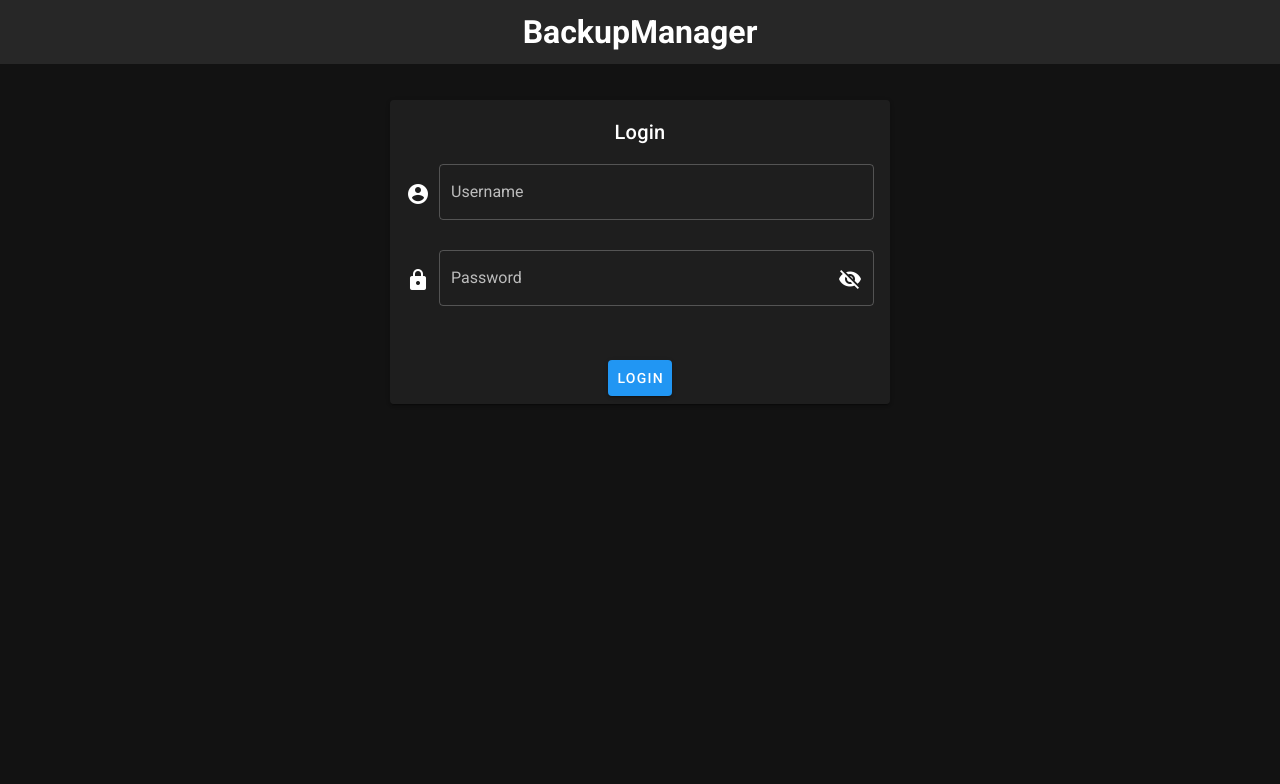
Repository: Erik966/Backup-Manager-Frontend
Page: /
An editor plug-in stored every save of this project. The page is shown before and after the next save, followed by the edit.
The browser window is 1280 px wide. The pictures show the whole page.
The project was rebuilt for these pictures with package versions that can differ from the ones it lists, and the page was loaded fresh each time. Also part of the build but not shown: vue.config.js, src/components/Navigation.vue, src/views/secure.vue, src/components/Settings.vue, src/views/settings.vue.

Above is the page before, as saved 2023-01-17 00:45:45.

### public/index.html
<!DOCTYPE html>
<html lang="en">
  <head>
    <meta charset="utf-8">
    <meta http-equiv="X-UA-Compatible" content="IE=edge">
    <meta name="viewport" content="width=device-width,initial-scale=1.0">
    <!--link rel="icon" href="<%= BASE_URL %>favicon.ico"-->
    <title>Homepagename</title>
    <link rel="stylesheet" href="https://fonts.googleapis.com/css?family=Roboto:100,300,400,500,700,900">
    <link rel="stylesheet" href="https://cdn.jsdelivr.net/npm/@mdi/font@latest/css/materialdesignicons.min.css">
  </head>
  <body>
    <noscript>
      <strong>We're sorry but <!--%= htmlWebpackPlugin.options.title %--> doesn't work properly without JavaScript enabled. Please enable it to continue.</strong>
    </noscript>
    <div id="app"></div>
    <!-- built files will be auto injected -->
  </body>
</html>

### src/App.vue
<template>
  <v-app>
    <div >
    <v-toolbar dark class="justify-center">
      <v-row>
        <v-col class="justify-center">
          <h1 align="center">BackupManager</h1>
        </v-col>
        <!-- <v-col class="text-right">
          <v-btn to="/">Login</v-btn>
          <v-btn to="/secure">Secure</v-btn>
        </v-col> -->
      </v-row>

    </v-toolbar>
  </div>
    <router-view/>
  </v-app>
</template>

<script>

export default {
  name: 'App',

  data: () => ({
    //
  }),
  methods: {

  },
};
</script>
<style scoped>

</style>

### src/router/index.js
import Vue from 'vue'
import VueRouter from 'vue-router'
import login from '../views/Login.vue'
import secure from '../views/secure.vue'
import settings from '../views/settings.vue'


Vue.use(VueRouter)

const routes = [
  {
    path: '/',
    name: 'login',
    component: login
  },
  {
    path: '/secure',
    name: 'secure',
    component: secure
  },
  {
    path: '/settings',
    name: 'settings',
    component: settings
  }

]

const router = new VueRouter({
  mode: 'history',
  base: process.env.BASE_URL,
  routes
})

export default router

### src/plugins/vuetify.js
import Vue from 'vue';
import Vuetify from 'vuetify/lib/framework';

Vue.use(Vuetify);

export default new Vuetify({
    theme: { dark: true },
    icons: {
        iconfont: 'mdiSvg',
      },
});

### src/views/Login.vue
<template>
  <Login />
</template>

<script>
  import Login from '../components/Login'

  export default {
    //name: 'Home',

    components: {
      Login,
    },
  }
</script>

### src/components/Login.vue
<template>
<v-app>
    <v-main>
       <v-alert
       border="left"
                color="red"
                type="warning"
              :value="failed"
            >
              The username or the password is incorrect.
            </v-alert>
      <v-card width="500" class="mx-auto mt-9">
        <v-card-title class="justify-center">Login</v-card-title>

        <v-card-text>
          <v-text-field  outlined v-model="username" label="Username" prepend-icon="mdi-account-circle"/>
          <v-text-field
          outlined
          v-model="password"
          label="Password"
          :type="showPassword ? 'text' : 'password'"
          prepend-icon="mdi-lock"
          :append-icon="showPassword ? 'mdi-eye' : 'mdi-eye-off'"
          @click:append="showPassword = !showPassword"/>
        </v-card-text>

        <v-card-actions class="justify-center">
          <v-btn color="info" @click="login()">Login</v-btn>
        </v-card-actions>

      </v-card>
    </v-main>
</v-app>
</template>

<script>
import axios from 'axios';
import CryptoJS from "crypto-js";

export default {
  data()
  {
    return{
      username: "",
      password: "",
      showPassword:false,
      failed: false
    }
  },
  props: {
  },
   methods: {

    getRandomInt(max) {
      return Math.floor(Math.random() * max);
    },

    power(x, n, p){
      let res = 1;
      for (let i = 1; i <= n; i++) res = (res * x) % p;
      return res;
    },

    login() {


      axios.post('http://localhost:5000/login_name', {username: this.username}).then(res => {
          if (res.status === 200) {
            let x = this.getRandomInt(res.data.P-1);
            let X = this.power(res.data.G, x,res.data.P);

             localStorage.setItem("ka", this.power(res.data.Y, x, res.data.P).toString());

             localStorage.setItem("username", this.username)

             axios.post('http://localhost:5000/key', {username: this.username, X: X.toString(10)}).then(res => {
                if (res.status === 200) {
                  console.log("Key exchange");

                  let user = {
                      username: this.username,
                      password: CryptoJS.AES.encrypt(this.password, localStorage.getItem("ka")).toString()
                    }

                  axios.post('http://localhost:5000/login', user)
                      .then(res => {
                        //if successfull
                        if (res.status === 200) {
                          localStorage.setItem('token', res.data.token);
                          localStorage.setItem("key_diff", CryptoJS.AES.decrypt(res.data.secret, localStorage.getItem("ka")).toString(CryptoJS.enc.Utf8));
                          console.log("T" + localStorage.getItem("key_diff"))
                          this.$router.push('/secure');
                        }
                      }, err => {
                        this.failed = true;
                        console.log(err.response);
                      })
                    }
                  }, err => {
                    console.log(err.response);
                    return;
                  })
              }
            }, err => {
              console.log(err.response);
              return;
            })

    }
  }
}
</script>

<!-- Add "scoped" attribute to limit CSS to this component only -->
<style scoped>
h3 {
  margin: 40px 0 0;
}
ul {
  list-style-type: none;
  padding: 0;
}
li {
  display: inline-block;
  margin: 0 10px;
}
a {
  color: #42b983;
}
.h1 {
  size: 40px;
}
.hello {
  text-align: center;
  height: 100%;
  background: #AAAAAA;

}
</style>

### src/components/Secure.vue
// TODO: Component sollte file Explorer nicht Secure heißen ?

<template>
  <v-main>
    <Navigation />

    <h1 align>File Explorer</h1>
    <div class="fileExplorerContainer">
      <v-list dense rounded>
        <v-list-item v-for="item in items2" :key="item.title" link>
          <!-- <v-list-item-icon>
              <v-icon>{{ item.icon }}</v-icon>
            </v-list-item-icon> -->
          <v-list-item-icon>
            <v-icon>{{ item.icon }}</v-icon>
          </v-list-item-icon>
          <v-list-item-content @click="on_item_click(item.number)">
            <v-list-item-title>{{ item.title }}</v-list-item-title>
            <div class="buttonContainer" v-if="item.title != check_val">
              <div>
                <v-btn @click="get_download(item.title)">
                  <v-icon>{{ icons[0] }}</v-icon>
                </v-btn>
              </div>
              <div>
                <v-btn @click="remove_file(item.title)">
                  <v-icon small>mdi-delete</v-icon>
                </v-btn>
              </div>
              <div>
                <v-btn @click="move_file(item.title)">
                  <v-icon small> {{ icons[1] }}</v-icon>
                </v-btn>
              </div>
            </div>
          </v-list-item-content>
        </v-list-item>
      </v-list>
      <div class="consoleContainer">
        <div>
          <v-btn color="primary" elevation="3" raised @click="upload_files()"
            >Upload</v-btn
          >
        </div>
        <div class="fileInput">
          <template>
            <v-file-input
              label="File input"
              outlined
              dense
              filled
              show-size
              multiple
              truncate-length="15"
              background-color="#222222"
              v-model="files_to_upload"
            ></v-file-input>
            <!--             <v-file-input
                  accept=".txt"
                  label="Click here to select a .txt file"
                  outlined
files_to_upload                >  </v-file-input> -->
          </template>
        </div>
        <div>
          <v-text-field solo dark clearable v-model="dirname" label="dirname" dense />
        </div>
        <div>
          <v-btn color="primary" elevation="3" raised @click="mkdir()"
            >MkDir</v-btn
          >
        </div>
      </div>
    </div>
  </v-main>
</template>

<script>
import Navigation from "../components/Navigation.vue";
import CryptoJS from "crypto-js";
import { mdiFolder } from "@mdi/js";
import { mdiCogOutline } from "@mdi/js";
import { mdiLogout } from "@mdi/js";
import { mdiContentCopy } from "@mdi/js";

import axios from "axios";
import { mdiFileAccount } from "@mdi/js";
import { mdiTrayArrowDown } from "@mdi/js";
// import { mdiDownloadCircle } from '@mdi/js';
export default {
  components: {
    Navigation,
  },
  data: () => ({
    currentPath: [],
    files_to_upload: "",
    drawer: null,
    failed: false,
    check_val: "..",
    copy_path: "",
    copy_name: "",
    dirname: "",
    icons: [mdiTrayArrowDown, mdiContentCopy],
    items: [
      { title: "File Explorer", icon: mdiFolder },
      { title: "Settings", icon: mdiCogOutline },
      { title: "Logout", icon: mdiLogout },
    ],
    items2: [],
  }),
  created() {
    //user is not authorized
    if (localStorage.getItem("token") === null) {
      this.$router.push("/");
    }
  },
  mounted() {
    this.get_files();
  },
  methods: {
    on_item_click(number_item) {
      console.log("reached muss");
      var clicked_item = this.items2[number_item];
      console.log(clicked_item);
      if (!clicked_item["directory"]) return;
      if (clicked_item["title"] == "..") {
        this.currentPath.pop();
        this.get_files();
        return;
      }
      this.currentPath.push(clicked_item["title"]);
      this.get_files();
    },

    get_files() {
      let data = new FormData();

      console.log("D" +  localStorage.getItem("username") );
      console.log("D" + localStorage.getItem("key_diff"));
      data.append("secret", CryptoJS.AES.encrypt(localStorage.getItem("username") + localStorage.getItem("key_diff"),localStorage.getItem("ka")).toString() )
      data.append("username", localStorage.getItem("username"))
      data.append("directory", this.currentPath);
      data.append("auth", localStorage.getItem("token"));
      axios.post("http://localhost:5000/fileexplorer", data).then(
        (res) => {
          if (res.status === 200) {
            console.log("HE");
            localStorage.setItem("key_diff", CryptoJS.AES.decrypt(res.data.secret, localStorage.getItem("ka")).toString(CryptoJS.enc.Utf8));
            console.log(res.data);
            let file_list = res.data.file_list;
            this.items2 = [];
            this.items2.push({
              title: "..",
              directory: true,
              icon: mdiFolder,
              number: this.items2.length,
            });
            for (var i = 0; i < file_list.length; i++) {
              let new_val = {
                title: file_list[i]["name"],
                directory: file_list[i]["directory"],
                icon: mdiFileAccount,
                number: this.items2.length,
              };
              if (new_val["directory"]) {
                new_val["icon"] = mdiFolder;
              }
              this.items2.push(new_val);
            }
          }
        },
        (err) => {
          this.currentPath.pop();
          this.failed = true;
          console.log(err.response);
          this.error = err.response.data.error;
        }
      );
    },
    remove_file(filename) {
      let data = new FormData();

       data.append("secret", CryptoJS.AES.encrypt(localStorage.getItem("username") + localStorage.getItem("key_diff"),localStorage.getItem("ka")).toString() )
      data.append("username", localStorage.getItem("username"))
      data.append("directory", this.currentPath);
      data.append("delete_file", filename);
      data.append("auth", localStorage.getItem("token"));
      axios
        .post("http://localhost:5000/remove_file", data)
        .then((response) => {
          localStorage.setItem("key_diff", CryptoJS.AES.decrypt(response.data.secret, localStorage.getItem("ka")).toString(CryptoJS.enc.Utf8));
          console.log(response);
          this.get_files();
        })
        .catch(console.error);
    },
    mkdir() {
      console.log(this.dirname);
      if (this.dirname === "") return;
      console.log("ok");
      let data = new FormData();

       data.append("secret", CryptoJS.AES.encrypt(localStorage.getItem("username") + localStorage.getItem("key_diff"),localStorage.getItem("ka")).toString() )
      data.append("username", localStorage.getItem("username"))
      data.append("directory", this.currentPath);
      data.append("dirname", this.dirname);
      data.append("auth",  localStorage.getItem("token"));
      axios.post("http://localhost:5000//mkdir", data).then((response) => {
        console.log(response);
        localStorage.setItem("key_diff", CryptoJS.AES.decrypt(response.data.secret, localStorage.getItem("ka")).toString(CryptoJS.enc.Utf8));
        this.get_files();
      });
      this.dirname = "";
    },
    get_download(filename) {
      let data = new FormData();

      data.append("secret", CryptoJS.AES.encrypt(localStorage.getItem("username") + localStorage.getItem("key_diff"),localStorage.getItem("ka")).toString() )
      data.append("username", localStorage.getItem("username"))
      data.append("directory", this.currentPath);
      data.append("download", filename);
      data.append("auth", localStorage.getItem("token"));
      axios
        .get("http://localhost:5000/download", {
          responseType: "blob",
          params: {
            directory: this.currentPath,
            file_name: filename,
            auth: localStorage.getItem("token"),
            username: localStorage.getItem("username"),
            secret: CryptoJS.AES.encrypt(localStorage.getItem("username") + localStorage.getItem("key_diff"),localStorage.getItem("ka")).toString(),

          },
        })
        .then((response) => {
          localStorage.setItem("key_diff", localStorage.getItem("key_diff") + "1");
          const url = window.URL.createObjectURL(new Blob([response.data]));
          const link = document.createElement("a");
          link.href = url;
          link.setAttribute("download", "download.zip");
          document.body.appendChild(link);
          link.click();
        })
        .catch(console.error);
    },
    upload_files() {
      // was ist das problem ?
      console.log(this.files_to_upload);

      let data = new FormData();
      for (var i = 0; i < this.files_to_upload.length; i++) {
        let file = this.files_to_upload[i];
        data.append("files" + i, file);
      }
       data.append("secret", CryptoJS.AES.encrypt(localStorage.getItem("username") + localStorage.getItem("key_diff"),localStorage.getItem("ka")).toString() )
      data.append("username", localStorage.getItem("username"))
      data.append("auth", localStorage.getItem("token"));
      data.append("directory", this.currentPath);
      axios.post("http://localhost:5000//upload", data).then((response) => {
        console.log(response);
        this.get_files();
        localStorage.setItem("key_diff", CryptoJS.AES.decrypt(response.data.secret, localStorage.getItem("ka")).toString(CryptoJS.enc.Utf8));
      });
    },
  },
};
</script>

<style>
h1 {
  text-align: center;
}
.fileExplorerContainer {
  padding: 16px;
}
input {
  background-color: #0077ff;
  color: black;
}
.consoleContainer {
  padding-top: 16px;
  display: flex;
  flex-direction: row;
  justify-content: space-between;
  max-width: 600px;
  gap: 10px;
}
.buttonContainer {
  padding-top: 8px;
  display: flex;
  flex-direction: row;
  justify-content: flex-start;
  gap: 16px;
}
.fileInput {
  width: 240px;
}
</style>

Loaded but not shown: src/main.js (common file)

After the next save:
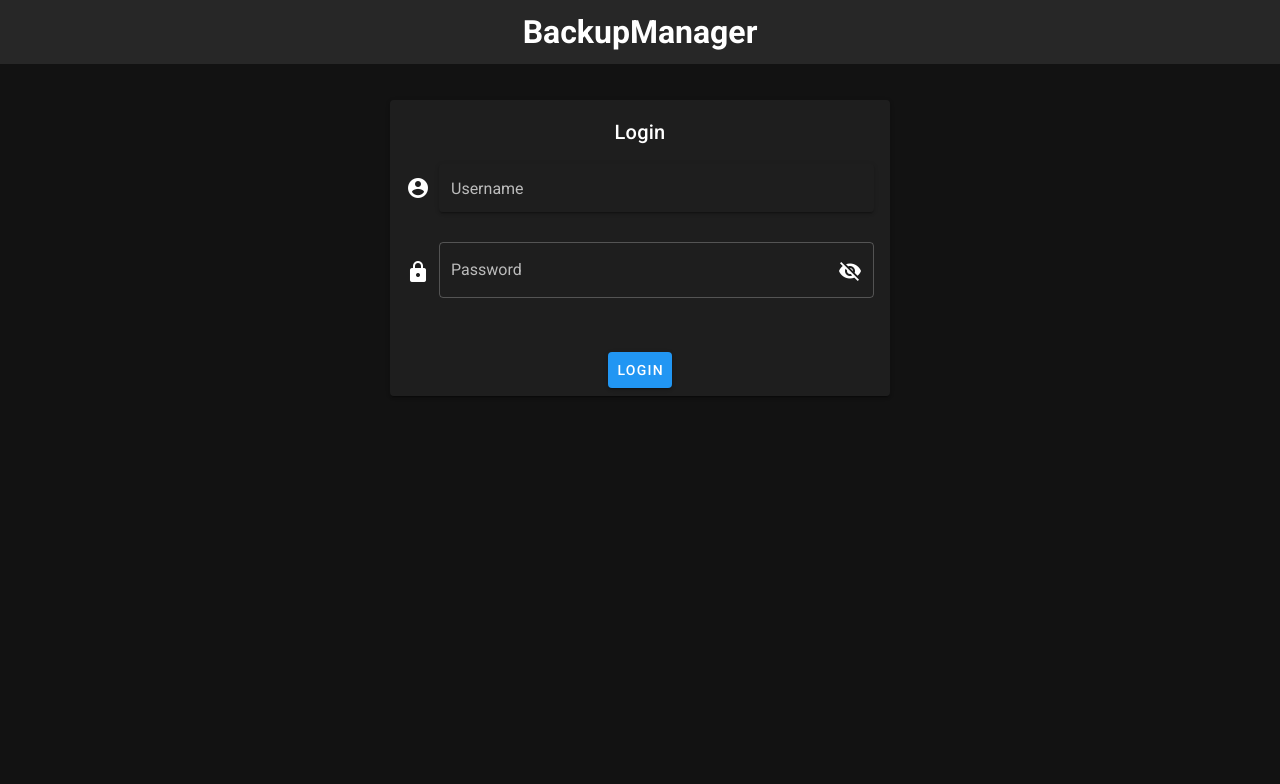
Saved 48 s later.
--- a/src/components/Login.vue
+++ b/src/components/Login.vue
@@ -13,7 +13,7 @@
         <v-card-title class="justify-center">Login</v-card-title>
 
         <v-card-text>
-          <v-text-field  outlined v-model="username" label="Username" prepend-icon="mdi-account-circle"/>
+          <v-text-field  solo v-model="username" label="Username" prepend-icon="mdi-account-circle"/>
           <v-text-field
           outlined
           v-model="password"
